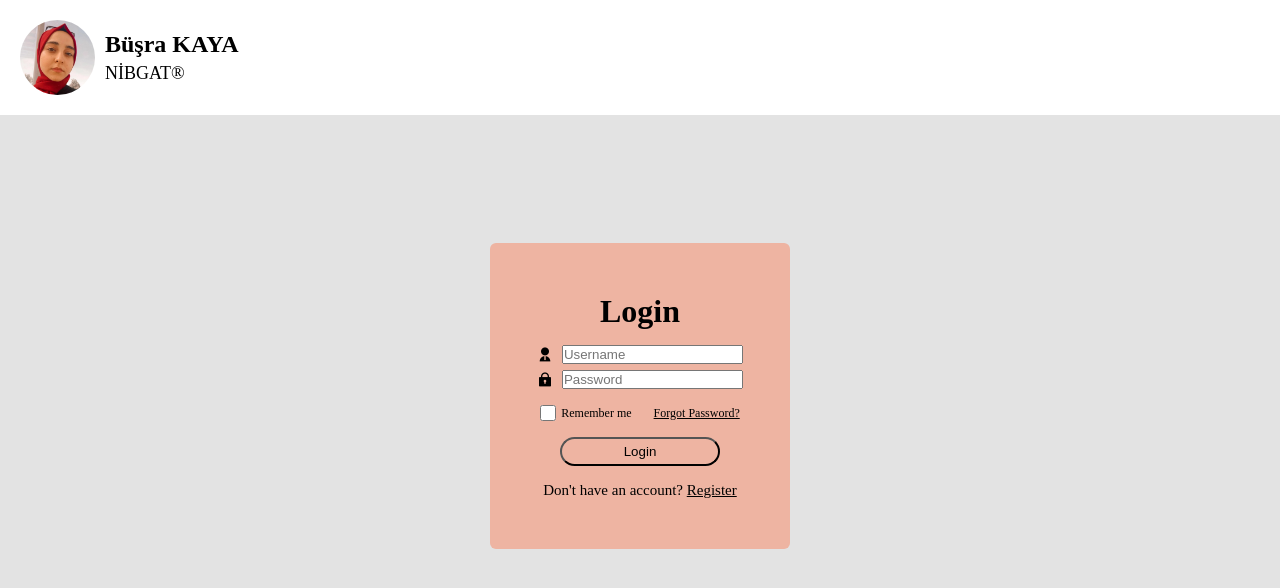
Repository: busra-kayaa/LoginPage
Page: login.html
An editor plug-in stored every save of this project. The page is shown before and after a run of saves, followed by the edit.
The browser window is 1280 px wide. The pictures show the whole page.

Above is the page before, as saved 2024-01-05 17:59:07.

After the next 14 saves:
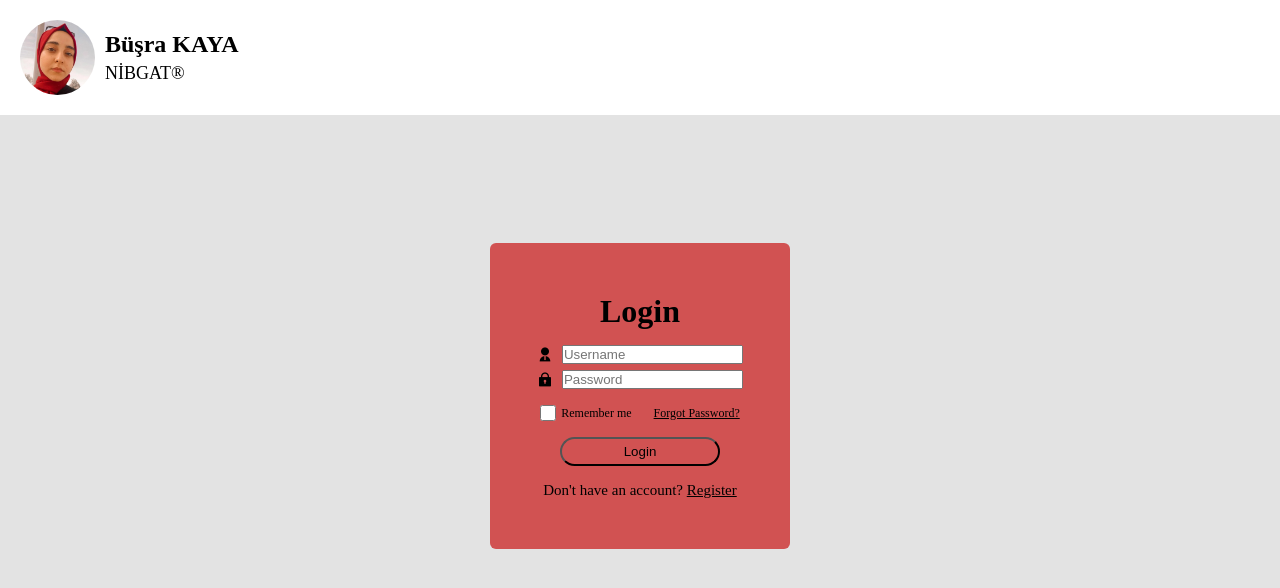
The 14 saves are shown as one change because they came seconds apart.
The last was saved 29 s later.
--- a/style.css
+++ b/style.css
@@ -48,7 +48,7 @@ body {
 }
 
 .login-from-container {
-    background-color: #eeb4a2;
+    background-color: #d15252;
     display: flex;
     border-radius: 2%;
     flex-direction: column;
